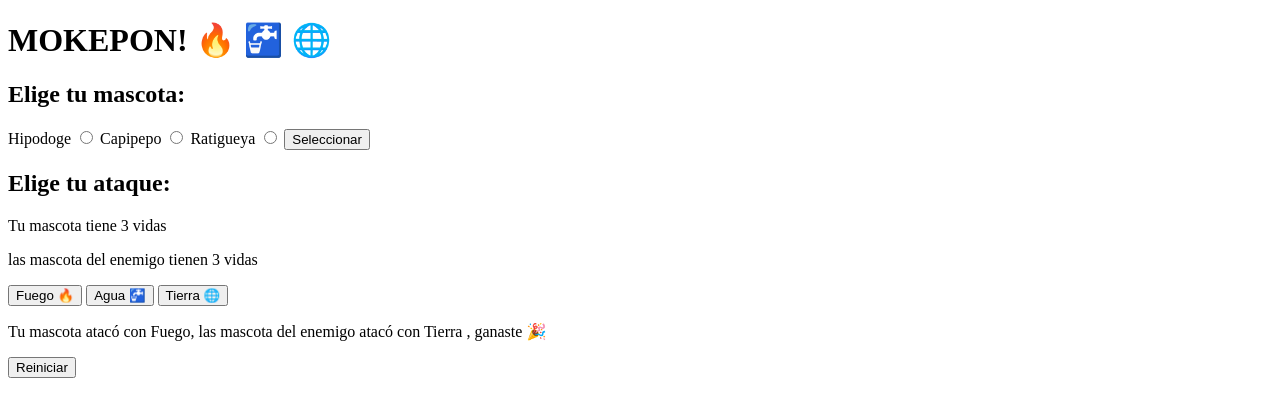
Repository: elto82/juegoMokepon
Page: mokepon/mokepon.html
An editor plug-in stored every save of this project. The page is shown before and after the next save, followed by the edit.
The browser window is 1280 px wide. The pictures show the whole page.
After loading, the first visible `#boton-mascota` was clicked once.

Above is the page before, as saved 2022-07-25 09:46:22.

### mokepon/mokepon.html
<!DOCTYPE html>
<html lang="en">

<head>
  <meta charset="UTF-8">
  <meta http-equiv="X-UA-Compatible" content="IE=edge">
  <meta name="viewport" content="width=device-width, initial-scale=1.0">
  <title>Mokepon</title>
  <script src="./js/mokepon.js"></script>
</head>

<body>
  <h1>MOKEPON! 🔥 🚰 🌐</h1>

  <section id="seleccionar-mascota">
    <h2>Elige tu mascota:</h2>

    <label for="hipodoge">Hipodoge</label>
    <input type="radio" name="mascota" id="hipodoge">

    <label for="capipepo">Capipepo</label>
    <input type="radio" name="mascota" id="capipepo">

    <label for="ratigueya">Ratigueya</label>
    <input type="radio" name="mascota" id="ratigueya">


    <button id="boton-mascota">Seleccionar</button>
  </section>

  <section id="seleccionar-ataque">
    <h2>Elige tu ataque:</h2>
    <p>Tu mascota <span id="mascota-jugador"></span> tiene <span>3</span> vidas</p>
    <p>las mascota <span id="mascota-enemigo"></span> del enemigo tienen <span>3</span> vidas</p>
    <div>
      <button id="boton-juego">Fuego 🔥</button>
      <button id="boton-agua">Agua 🚰</button>
      <button id="boton-tierra">Tierra 🌐</button>
    </div>
  </section>

  <section id="mensajes"></section>
  <p>Tu mascota atacó con Fuego, las mascota del enemigo atacó con Tierra , ganaste 🎉</p>

  <section id="reiniciar">
    <button id="boton-reiniciar">Reiniciar</button>

  </section>


</body>

</html>

### mokepon/js/mokepon.js
function iniciarJuego() {
  let botonMascotaJugador = document.getElementById("boton-mascota");
  botonMascotaJugador.addEventListener("click", seleccionarMascotaJugador);
}

function seleccionarMascotaJugador() {
  let inputHipodoge = document.getElementById('hipodoge')
  let inputCapipepo = document.getElementById('capipepo')
  let inputRatigueya = document.getElementById('ratigueya')

  let spanMascotaJugador = document.getElementById('mascota-jugador');

  if(inputHipodoge.checked){
    spanMascotaJugador.innerHTML = 'Hipodoge';
  } else if(inputCapipepo.checked){
    spanMascotaJugador.innerHTML = 'Capipepo';
  }
  else if(inputRatigueya.checked){
    spanMascotaJugador.innerHTML = 'Ratigueya';
  } else{
    alert('No has seleccionado una mascota')
  }

  seleccionarMascotaEnemigo();

}

function aleatorio(min, max) {
  return Math.floor(Math.random() * (max - min + 1) + min);
}

function seleccionarMascotaEnemigo(){
  let ataqueAleatorio = aleatorio(1,3);

  if(ataqueAleatorio == 1){
    //Hipodoge
  } else if(ataqueAleatorio == 2){
    //Capipepo
  } else{
    //Ratigueya
  }
}

window.addEventListener("load", iniciarJuego);

After the next save:
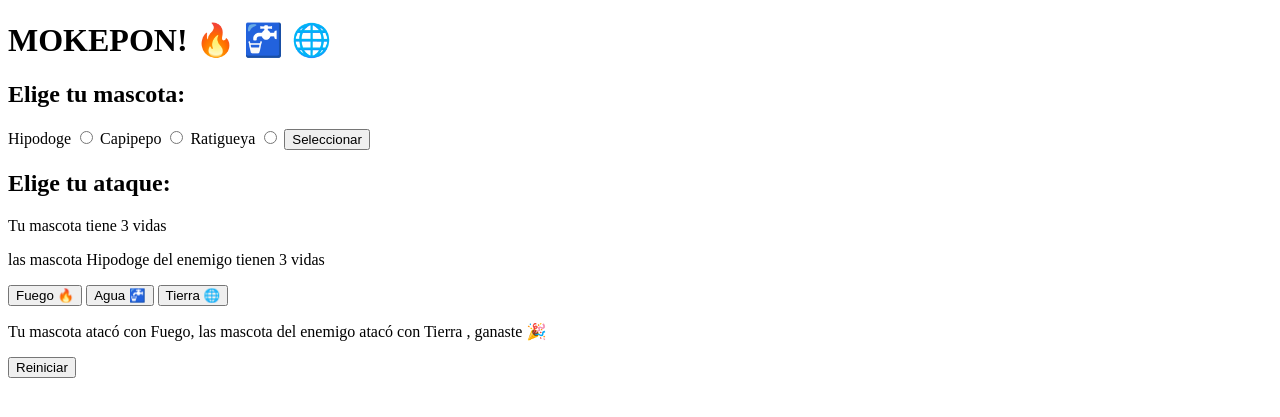
Saved 3 min 5 s later.
--- a/mokepon/js/mokepon.js
+++ b/mokepon/js/mokepon.js
@@ -31,13 +31,17 @@ function aleatorio(min, max) {
 
 function seleccionarMascotaEnemigo(){
   let ataqueAleatorio = aleatorio(1,3);
+  let spanMascotaEnemigo = document.getElementById('mascota-enemigo')
 
   if(ataqueAleatorio == 1){
     //Hipodoge
+    spanMascotaEnemigo.innerHTML = 'Hipodoge'
   } else if(ataqueAleatorio == 2){
     //Capipepo
+    spanMascotaEnemigo.innerHTML = 'Capipepo';
   } else{
     //Ratigueya
+    spanMascotaEnemigo.innerHTML = 'Ratigueya';
   }
 }
 
